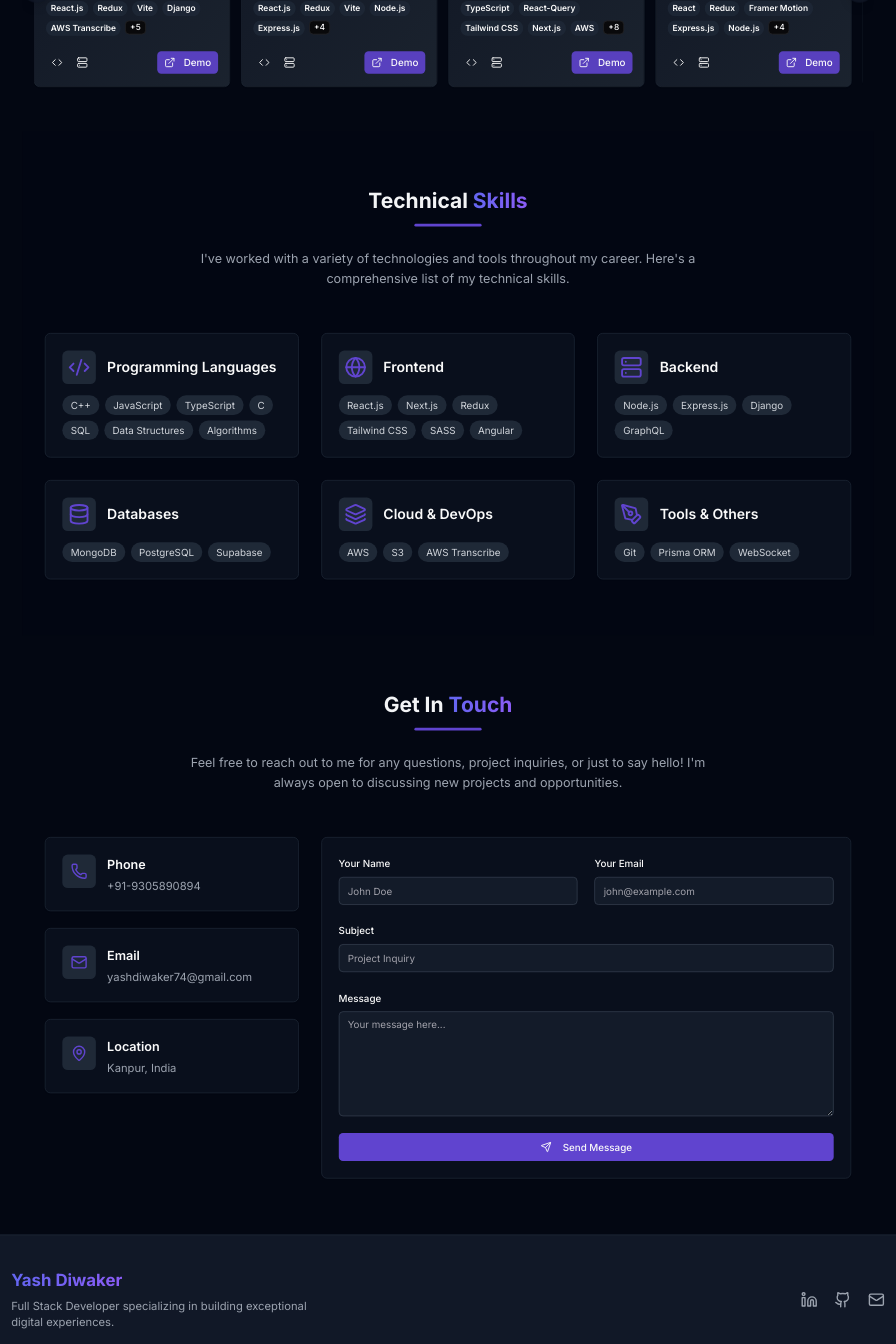
Repository: NoobCoderY/Yash
Page: /
These files come from the project's save history. The page is drawn as it stood at one moment and after a run of saves; the edit follows.
The browser window is 1280 px wide. The pictures show the part of the page from y = 3354 to 5274 px (the page is 5388 px tall before and 5364 px after), at 70% of full size.
The project was rebuilt for these pictures with package versions that can differ from the ones it lists, and the page was loaded fresh each time. The framework's server and built-in components were replaced by stand-ins that run in the browser. Also part of the build but not shown: next.config.mjs, app/actions/send-email.ts.

Above is the page before, as saved 2025-04-13 10:56:31.

### app/layout.tsx
import type React from "react"
import "./globals.css"
import type { Metadata } from "next"
import { Inter } from "next/font/google"
import { ThemeProvider } from "@/components/theme-provider"

const inter = Inter({ subsets: ["latin"] })

export const metadata: Metadata = {
  title: "Yash Diwaker | Full Stack Developer",
  description: "Portfolio of Yash Diwaker, Full Stack Developer specializing in MERN stack and AWS",
    generator: 'v0.dev'
}

export default function RootLayout({
  children,
}: Readonly<{
  children: React.ReactNode
}>) {
  return (
    <html lang="en" suppressHydrationWarning>
      <body className={inter.className}>
        <ThemeProvider attribute="class" defaultTheme="dark" enableSystem disableTransitionOnChange>
          {children}
        </ThemeProvider>
      </body>
    </html>
  )
}


import './globals.css'

### app/page.tsx
import Hero from "@/components/hero"
import Navbar from "@/components/navbar"
import About from "@/components/about"
import Experience from "@/components/experience"
import Projects from "@/components/projects"
import Skills from "@/components/skills"
import Contact from "@/components/contact"
import Footer from "@/components/footer"

export default function Home() {
  return (
    <div className="min-h-screen bg-gray-950 text-gray-100">
      <Navbar />
      <main className="container mx-auto px-4 sm:px-6 lg:px-8">
        <Hero />
        <About />
        <Experience />
        <Projects />
        <Skills />
        <Contact />
      </main>
      <Footer />
    </div>
  )
}

### components/projects.tsx
'use client';

import { useState, useRef } from 'react';
import { motion } from 'framer-motion';
import { useInView } from 'framer-motion';
import { Card, CardContent } from '@/components/ui/card';
import { Badge } from '@/components/ui/badge';
import { Button } from '@/components/ui/button';
import { Tabs, TabsContent, TabsList, TabsTrigger } from '@/components/ui/tabs';
import {
  ExternalLink,
  ChevronLeft,
  ChevronRight,
  ArrowRight,
  Code,
  Server,
} from 'lucide-react';
import Link from 'next/link';
import {
  Popover,
  PopoverContent,
  PopoverTrigger,
} from '@/components/ui/popover';

export default function Projects() {
  const ref = useRef(null);
  const carouselRef = useRef<HTMLDivElement>(null);
  const isInView = useInView(ref, { once: true, margin: '-100px' });
  const [activeTab, setActiveTab] = useState('all');

  const projects = [
    {
      title: 'K.I.M.',
      description:
        'A Speech-to-text and content synthesis platform with hierarchical management of companies, departments, and projects.',
      image: '/placeholder.svg?height=300&width=500',
      tags: [
        'React.js',
        'Redux',
        'Vite',
        'Django',
        'AWS Transcribe',
        'PostgreSQL',
        'Mistral AI',
        'FFMPEG',
        'Mailjet',
        'AWS S3',
      ],
      category: 'fullstack',
      github: {
        fe: '#',
        be: '#',
      },
      demo: '#',
    },
    {
      title: 'Drivo',
      description:
        'A ride-hailing platform with real-time ride tracking, flexible pricing, and geolocation services using WebSocket and Google Maps API.',
      image: '/placeholder.svg?height=300&width=500',
      tags: [
        'React.js',
        'Redux',
        'Vite',
        'Node.js',
        'Express.js',
        'WebSocket',
        'MongoDB',
        'Google Maps API',
        'Tailwind CSS',
      ],
      category: 'fullstack',
      github: {
        fe: '#',
        be: '#',
      },
      demo: 'https://drivo-fe.vercel.app/',
    },
    {
      title: 'Twaddle',
      description:
        'A social platform enabling users to post text, images, and videos, follow others, and view personalized feeds using GraphQL and Prisma ORM.',
      image: '/placeholder.svg?height=300&width=500',
      tags: [
        'TypeScript',
        'React-Query',
        'Tailwind CSS',
        'Next.js',
        'AWS',
        'JSON Web Tokens',
        'Prisma ORM',
        'Google OAuth',
        'GraphQL',
        'Node.js',
        'Supabase',
        'PostgreSQL',
        'Codegen',
      ],
      category: 'fullstack',
      github: {
        fe: '#',
        be: '#',
      },
      demo: '#',
    },
    {
      title: 'Burger Wala',
      description:
        'A food ordering platform with features for both end-users and admins, including online payment integration with Razorpay.',
      image: '/placeholder.svg?height=300&width=500',
      tags: [
        'React',
        'Redux',
        'Framer Motion',
        'Express.js',
        'Node.js',
        'MongoDB',
        'Passport.js',
        'Razorpay',
        'Chart.js',
      ],
      category: 'fullstack',
      github: {
        fe: '#',
        be: '#',
      },
      demo: '#',
    },
    {
      title: 'Crypto Tracker',
      description:
        'A React-based cryptocurrency tracking application featuring live data charts, favorite coin management, and real-time price updates.',
      image: '/placeholder.svg?height=300&width=500',
      tags: [
        'React.js',
        'Redux',
        'Chart.js',
        'CoinGecko API',
        'Axios',
        'Tailwind CSS',
        'React Query',
        'LocalStorage',
        'Vite',
        'Framer Motion',
      ],
      category: 'frontend',
      github: {
        fe: '#',
      },
      demo: '#',
    },
    {
      title: 'E-Commerce Admin Dashboard',
      description:
        'A comprehensive admin dashboard for managing e-commerce orders, products, and customer data with sales analytics.',
      image: '/placeholder.svg?height=300&width=500',
      tags: [
        'MongoDB',
        'Express.js',
        'React.js',
        'Node.js',
        'Redux',
        'Chart.js',
        'JWT Authentication',
        'Mongoose',
        'Tailwind CSS',
        'Axios',
        'React Table',
      ],
      category: 'fullstack',
      github: {
        fe: '#',
        be: '#',
      },
      demo: '#',
    },
    {
      title: 'Quiz Application',
      description:
        'An interactive quiz platform allowing users to create, share, and participate in quizzes across various categories.',
      image: '/placeholder.svg?height=300&width=500',
      tags: [
        'MongoDB',
        'Express.js',
        'React.js',
        'Node.js',
        'Redux',
        'Socket.io',
        'JWT Authentication',
        'Mongoose',
        'Tailwind CSS',
        'React Hook Form',
      ],
      category: 'fullstack',
      github: {
        fe: '#',
        be: '#',
      },
      demo: '#',
    },
  ];

  // Get unique categories
  const categories = [
    'all',
    ...new Set(projects.map((project) => project.category)),
  ];

  // Filter projects based on active tab
  const filteredProjects =
    activeTab === 'all'
      ? projects
      : projects.filter((project) => project.category === activeTab);

  const scroll = (direction: 'left' | 'right') => {
    if (carouselRef.current) {
      const { current } = carouselRef;
      const scrollAmount =
        direction === 'left' ? -current.clientWidth : current.clientWidth;
      current.scrollBy({ left: scrollAmount, behavior: 'smooth' });
    }
  };

  const cardVariants = {
    hidden: { opacity: 0, y: 20 },
    visible: (i: number) => ({
      opacity: 1,
      y: 0,
      transition: {
        delay: 0.05 * i,
        duration: 0.4,
      },
    }),
  };

  return (
    <section
      id='projects'
      className='overflow-hidden'
    >
      <div className='container mx-auto px-4'>
        <motion.div
          initial={{ opacity: 0, y: 20 }}
          animate={isInView ? { opacity: 1, y: 0 } : { opacity: 0, y: 20 }}
          transition={{ duration: 0.5 }}
          ref={ref}
          className='text-center mb-8'
        >
          <h2 className='text-3xl font-bold mb-3'>
            My <span className='gradient-text'>Projects</span>
          </h2>
          <div className='w-24 h-1 bg-primary mx-auto mb-5 rounded-full'></div>
          <p className='text-lg text-gray-400 max-w-2xl mx-auto'>
            Here are some of the projects I've worked on, showcasing my skills
            in full-stack development.
          </p>
        </motion.div>

        <Tabs
          defaultValue='all'
          value={activeTab}
          onValueChange={setActiveTab}
          className='mb-6'
        >
          <div className='flex justify-center mb-6'>
            <TabsList>
              {categories.map((category) => (
                <TabsTrigger
                  key={category}
                  value={category}
                  className='capitalize'
                >
                  {category}
                </TabsTrigger>
              ))}
            </TabsList>
          </div>

          <TabsContent
            value={activeTab}
            className='mt-0 relative'
          >
            <div className='absolute -left-4 top-1/2 -translate-y-1/2 z-10'>
              <Button
                variant='ghost'
                size='icon'
                className='rounded-full bg-gray-900/80 backdrop-blur-sm hover:bg-gray-800 shadow-lg'
                onClick={() => scroll('left')}
              >
                <ChevronLeft className='h-5 w-5' />
                <span className='sr-only'>Scroll left</span>
              </Button>
            </div>

            <div
              ref={carouselRef}
              className='flex overflow-x-auto gap-4 pb-4 snap-x snap-mandatory hide-scrollbar'
              style={{ scrollbarWidth: 'none', msOverflowStyle: 'none' }}
            >
              {filteredProjects.map((project, i) => (
                <motion.div
                  key={i}
                  custom={i}
                  variants={cardVariants}
                  initial='hidden'
                  animate={isInView ? 'visible' : 'hidden'}
                  className='min-w-[280px] max-w-[280px] snap-start'
                >
                  <Card className='h-[320px] bg-gradient-to-br from-gray-900/90 to-gray-800/80 border-gray-800 hover:border-primary/40 transition-all duration-300 overflow-hidden group relative'>


                    <div className='relative h-32 overflow-hidden'>
                      <img
                        src={project.image || '/placeholder.svg'}
                        alt={project.title}
                        className='w-full h-full object-cover transition-transform duration-700 group-hover:scale-110'
                      />
                      <div className='absolute inset-0 bg-gradient-to-t from-gray-900 to-transparent opacity-60'></div>
                      <div className='absolute bottom-0 left-0 w-full p-3'>
                        <h3 className='text-lg font-bold text-white drop-shadow-md'>
                          {project.title}
                        </h3>
                      </div>
                    </div>

                    <CardContent className='p-4 flex flex-col h-[188px]'>
                      <p className='text-gray-300 text-sm mb-3 line-clamp-2 h-10'>
                        {project.description}
                      </p>

                      <div className='flex flex-wrap gap-1.5 h-[40px]'>
                        {project.tags.slice(0, 5).map((tag, index) => (
                          <Badge
                            key={index}
                            variant='secondary'
                            className='text-xs px-1.5 py-0.5 bg-gray-800/80'
                          >
                            {tag}
                          </Badge>
                        ))}
                        {project.tags.length > 5 && (
                          <Popover>
                            <PopoverTrigger asChild>
                              <Button
                                variant='outline'
                                size='sm'
                                className='h-5 text-xs px-1.5 py-0 cursor-pointer'
                              >
                                +{project.tags.length - 5}
                              </Button>
                            </PopoverTrigger>
                            <PopoverContent
                              className='w-auto p-2 bg-gray-900 border-gray-800'
                              side='top'
                              align='center'
                              sideOffset={5}
                            >
                              <div className='flex flex-wrap gap-1.5 max-w-[250px]'>
                                {project.tags.slice(5).map((tag, index) => (
                                  <Badge
                                    key={index}
                                    variant='secondary'
                                    className='text-xs px-1.5 py-0.5 bg-gray-800/80'
                                  >
                                    {tag}
                                  </Badge>
                                ))}
                              </div>
                            </PopoverContent>
                          </Popover>
                        )}
                      </div>

                      <div className='flex justify-between mt-auto'>
                        <div className='flex gap-1'>
                          {project.github.fe && (
                            <Link
                              href={project.github.fe}
                              target='_blank'
                              rel='noopener noreferrer'
                            >
                              <Button
                                variant='ghost'
                                size='sm'
                                className='h-8 px-2'
                                title='Frontend Code'
                              >
                                <Code className='h-3.5 w-3.5' />
                                <span className='sr-only'>Frontend Code</span>
                              </Button>
                            </Link>
                          )}
                          {project.github.be && (
                            <Link
                              href={project.github.be}
                              target='_blank'
                              rel='noopener noreferrer'
                            >
                              <Button
                                variant='ghost'
                                size='sm'
                                className='h-8 px-2'
                                title='Backend Code'
                              >
                                <Server className='h-3.5 w-3.5' />
                                <span className='sr-only'>Backend Code</span>
                              </Button>
                            </Link>
                          )}
                        </div>
                        <Link
                          href={project.demo}
                          target='_blank'
                          rel='noopener noreferrer'
                        >
                          <Button
                            size='sm'
                            className='h-8 px-2.5 bg-primary/90 hover:bg-primary'
                          >
                            <ExternalLink className='h-3.5 w-3.5 mr-1' />
                            Demo
                          </Button>
                        </Link>
                      </div>
                    </CardContent>

                    <div className='absolute inset-0 bg-gradient-to-t from-black to-transparent opacity-0 group-hover:opacity-20 transition-opacity duration-300 pointer-events-none'></div>
                  </Card>
                </motion.div>
              ))}
            </div>

            <div className='absolute -right-4 top-1/2 -translate-y-1/2 z-10'>
              <Button
                variant='ghost'
                size='icon'
                className='rounded-full bg-gray-900/80 backdrop-blur-sm hover:bg-gray-800 shadow-lg'
                onClick={() => scroll('right')}
              >
                <ChevronRight className='h-5 w-5' />
                <span className='sr-only'>Scroll right</span>
              </Button>
            </div>

            <div className='flex justify-center mt-6'>

            </div>
          </TabsContent>
        </Tabs>
      </div>
    </section>
  );
}

### components/ui/card.tsx
import * as React from "react"

import { cn } from "@/lib/utils"

const Card = React.forwardRef<
  HTMLDivElement,
  React.HTMLAttributes<HTMLDivElement>
>(({ className, ...props }, ref) => (
  <div
    ref={ref}
    className={cn(
      "rounded-lg border bg-card text-card-foreground shadow-sm",
      className
    )}
    {...props}
  />
))
Card.displayName = "Card"

const CardHeader = React.forwardRef<
  HTMLDivElement,
  React.HTMLAttributes<HTMLDivElement>
>(({ className, ...props }, ref) => (
  <div
    ref={ref}
    className={cn("flex flex-col space-y-1.5 p-6", className)}
    {...props}
  />
))
CardHeader.displayName = "CardHeader"

const CardTitle = React.forwardRef<
  HTMLDivElement,
  React.HTMLAttributes<HTMLDivElement>
>(({ className, ...props }, ref) => (
  <div
    ref={ref}
    className={cn(
      "text-2xl font-semibold leading-none tracking-tight",
      className
    )}
    {...props}
  />
))
CardTitle.displayName = "CardTitle"

const CardDescription = React.forwardRef<
  HTMLDivElement,
  React.HTMLAttributes<HTMLDivElement>
>(({ className, ...props }, ref) => (
  <div
    ref={ref}
    className={cn("text-sm text-muted-foreground", className)}
    {...props}
  />
))
CardDescription.displayName = "CardDescription"

const CardContent = React.forwardRef<
  HTMLDivElement,
  React.HTMLAttributes<HTMLDivElement>
>(({ className, ...props }, ref) => (
  <div ref={ref} className={cn("p-6 pt-0", className)} {...props} />
))
CardContent.displayName = "CardContent"

const CardFooter = React.forwardRef<
  HTMLDivElement,
  React.HTMLAttributes<HTMLDivElement>
>(({ className, ...props }, ref) => (
  <div
    ref={ref}
    className={cn("flex items-center p-6 pt-0", className)}
    {...props}
  />
))
CardFooter.displayName = "CardFooter"

export { Card, CardHeader, CardFooter, CardTitle, CardDescription, CardContent }

### components/ui/badge.tsx
import * as React from "react"
import { cva, type VariantProps } from "class-variance-authority"

import { cn } from "@/lib/utils"

const badgeVariants = cva(
  "inline-flex items-center rounded-full border px-2.5 py-0.5 text-xs font-semibold transition-colors focus:outline-none focus:ring-2 focus:ring-ring focus:ring-offset-2",
  {
    variants: {
      variant: {
        default:
          "border-transparent bg-primary text-primary-foreground hover:bg-primary/80",
        secondary:
          "border-transparent bg-secondary text-secondary-foreground hover:bg-secondary/80",
        destructive:
          "border-transparent bg-destructive text-destructive-foreground hover:bg-destructive/80",
        outline: "text-foreground",
      },
    },
    defaultVariants: {
      variant: "default",
    },
  }
)

export interface BadgeProps
  extends React.HTMLAttributes<HTMLDivElement>,
    VariantProps<typeof badgeVariants> {}

function Badge({ className, variant, ...props }: BadgeProps) {
  return (
    <div className={cn(badgeVariants({ variant }), className)} {...props} />
  )
}

export { Badge, badgeVariants }

### components/ui/popover.tsx
"use client"

import * as React from "react"
import * as PopoverPrimitive from "@radix-ui/react-popover"

import { cn } from "@/lib/utils"

const Popover = PopoverPrimitive.Root

const PopoverTrigger = PopoverPrimitive.Trigger

const PopoverContent = React.forwardRef<
  React.ElementRef<typeof PopoverPrimitive.Content>,
  React.ComponentPropsWithoutRef<typeof PopoverPrimitive.Content>
>(({ className, align = "center", sideOffset = 4, ...props }, ref) => (
  <PopoverPrimitive.Portal>
    <PopoverPrimitive.Content
      ref={ref}
      align={align}
      sideOffset={sideOffset}
      className={cn(
        "z-50 w-72 rounded-md border bg-popover p-4 text-popover-foreground shadow-md outline-none data-[state=open]:animate-in data-[state=closed]:animate-out data-[state=closed]:fade-out-0 data-[state=open]:fade-in-0 data-[state=closed]:zoom-out-95 data-[state=open]:zoom-in-95 data-[side=bottom]:slide-in-from-top-2 data-[side=left]:slide-in-from-right-2 data-[side=right]:slide-in-from-left-2 data-[side=top]:slide-in-from-bottom-2",
        className
      )}
      {...props}
    />
  </PopoverPrimitive.Portal>
))
PopoverContent.displayName = PopoverPrimitive.Content.displayName

export { Popover, PopoverTrigger, PopoverContent }

### components/ui/input.tsx
import * as React from "react"

import { cn } from "@/lib/utils"

const Input = React.forwardRef<HTMLInputElement, React.ComponentProps<"input">>(
  ({ className, type, ...props }, ref) => {
    return (
      <input
        type={type}
        className={cn(
          "flex h-10 w-full rounded-md border border-input bg-background px-3 py-2 text-base ring-offset-background file:border-0 file:bg-transparent file:text-sm file:font-medium file:text-foreground placeholder:text-muted-foreground focus-visible:outline-none focus-visible:ring-2 focus-visible:ring-ring focus-visible:ring-offset-2 disabled:cursor-not-allowed disabled:opacity-50 md:text-sm",
          className
        )}
        ref={ref}
        {...props}
      />
    )
  }
)
Input.displayName = "Input"

export { Input }

Loaded but not shown: components/theme-provider.tsx (common file); components/ui/textarea.tsx (common file); hooks/use-toast.ts (common file); lib/utils.ts (common file); tailwind.config.ts (common file); components/contact.tsx (244 lines, source omitted); components/hero.tsx (166 lines, source omitted); components/experience.tsx (114 lines, source omitted); components/skills.tsx (126 lines, source omitted); components/navbar.tsx (107 lines, source omitted); components/about.tsx (86 lines, source omitted); components/footer.tsx (79 lines, source omitted); app/globals.css (141 lines, source omitted); components/ui/button.tsx (56 lines, source omitted); components/ui/tabs.tsx (55 lines, source omitted)

After the next 2 saves:
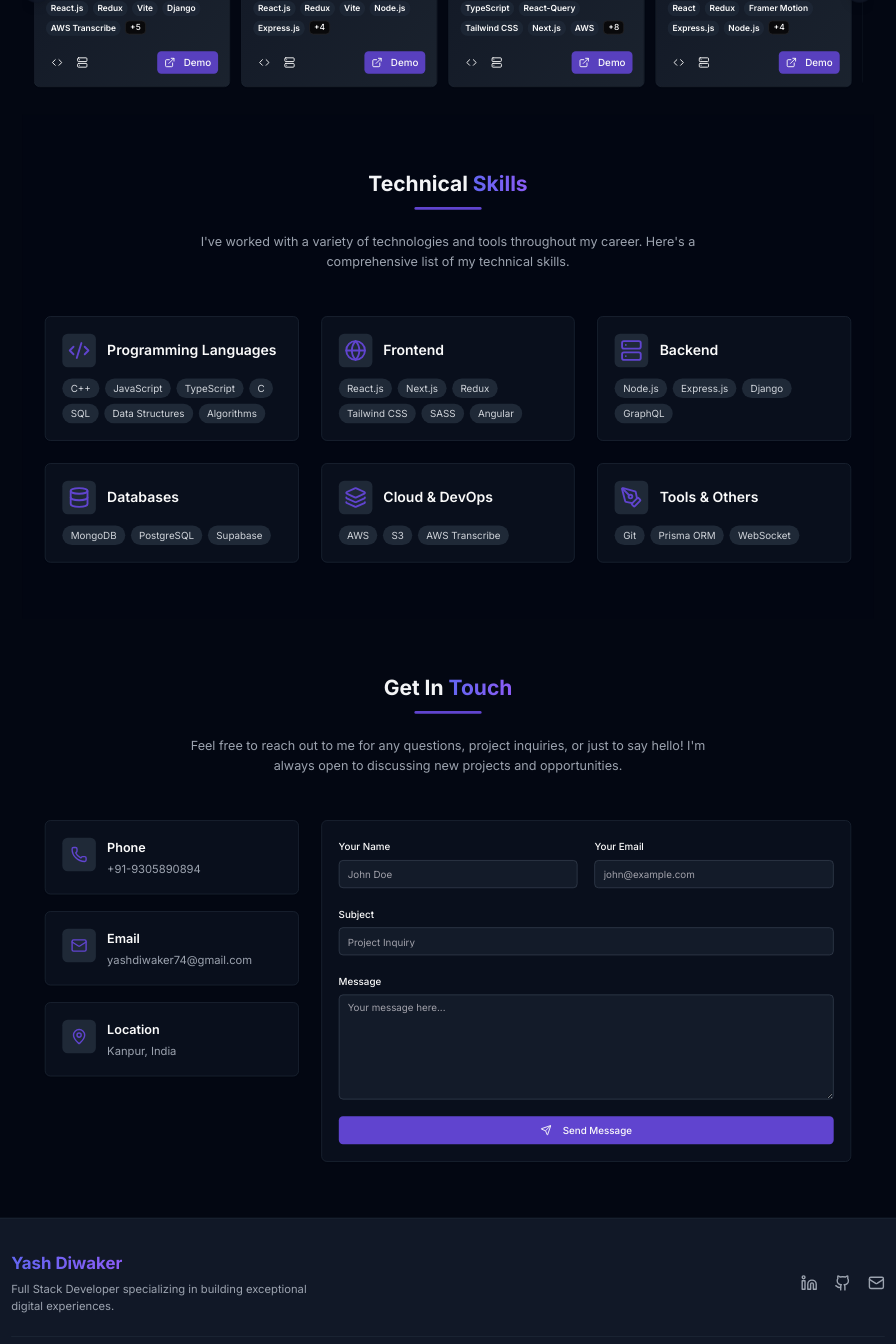
The 2 saves are shown as one change because they came seconds apart.
The last was saved 8 s later.
--- a/components/projects.tsx
+++ b/components/projects.tsx
@@ -260,7 +260,7 @@ export default function Projects() {
           defaultValue='all'
           value={activeTab}
           onValueChange={setActiveTab}
-          className='mb-6'
+          className=''
         >
           <div className='flex justify-center mb-6'>
             <TabsList>
